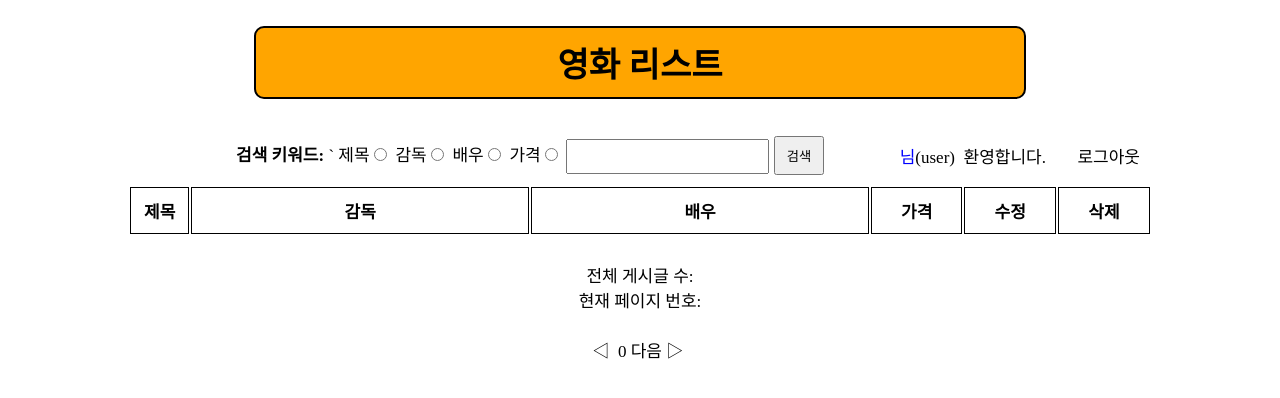
Repository: EverythingOfC/movie
Page: http://localhost/movie/movie/list.jsp
The author's editor kept a copy of each file at every save. The page is drawn from the files as they stood at one save, then again after a run of saves.
The browser window is 1280 px wide. The pictures show the whole page.
The page is served by Tomcat 9. Nobody is signed in. The application's start-up code is not run. The template is opened directly, without the code that normally fills it, so the values that code supplies are empty.

Above is the page before, as saved 2023-01-03 10:04:39.

After the next 2 saves:
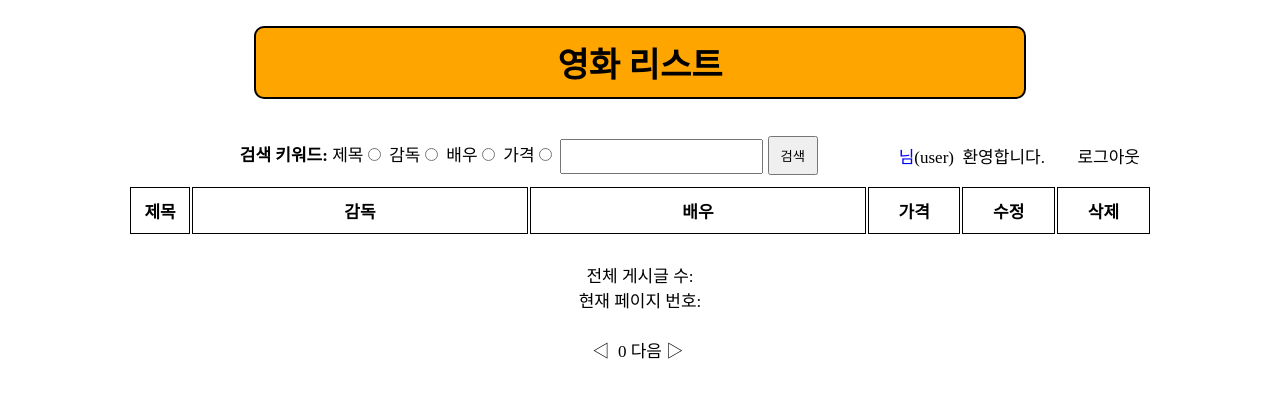
The 2 saves are shown as one change because they came seconds apart.
The last was saved 23 s later.
--- a/movie/src/main/webapp/movie/list.jsp
+++ b/movie/src/main/webapp/movie/list.jsp
@@ -23,7 +23,6 @@
 				<form action="ms?command=list" method="get">
 
 				<b>검색 키워드:</b>
-				`
 				<label for="title">제목</label>
 				<input type="radio" name="column" value="title" id="title">&nbsp;
 
